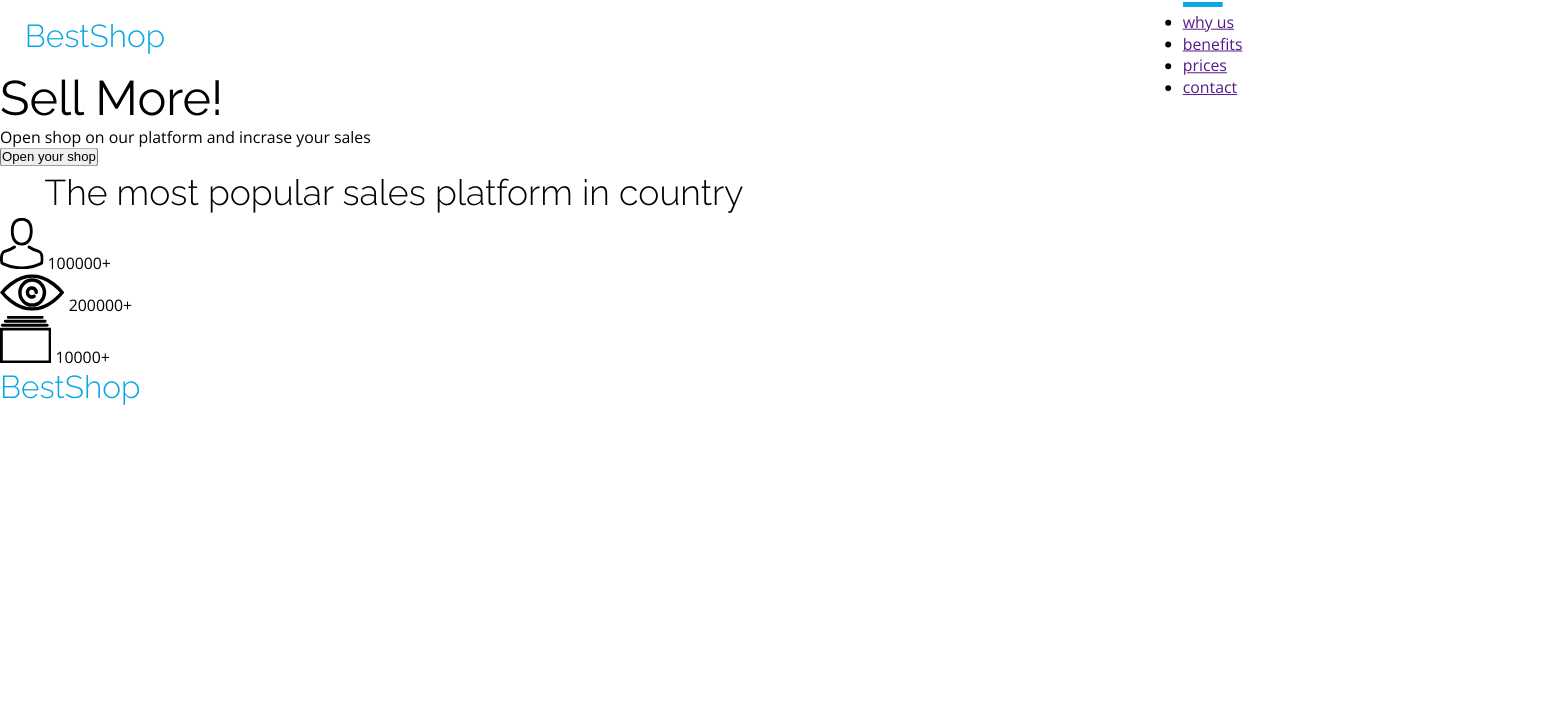
Repository: artwol993/BestShop
Page: index.html
The author's editor kept a copy of each file at every save. The page is drawn from the files as they stood at one save, then again after the next save.
The browser window is 1280 px wide. The page is 1280 px wide, then 1580 px, so the pictures cover 1580 px, including what lies to the right of the window. The pictures show the whole page, at 99% of full size.
The style sheet was rebuilt from its Sass, Less or Tailwind sources for each picture, by a compiler version that may differ from the author's.

Above is the page before, as saved 2020-05-26 22:40:14.

After the next save:
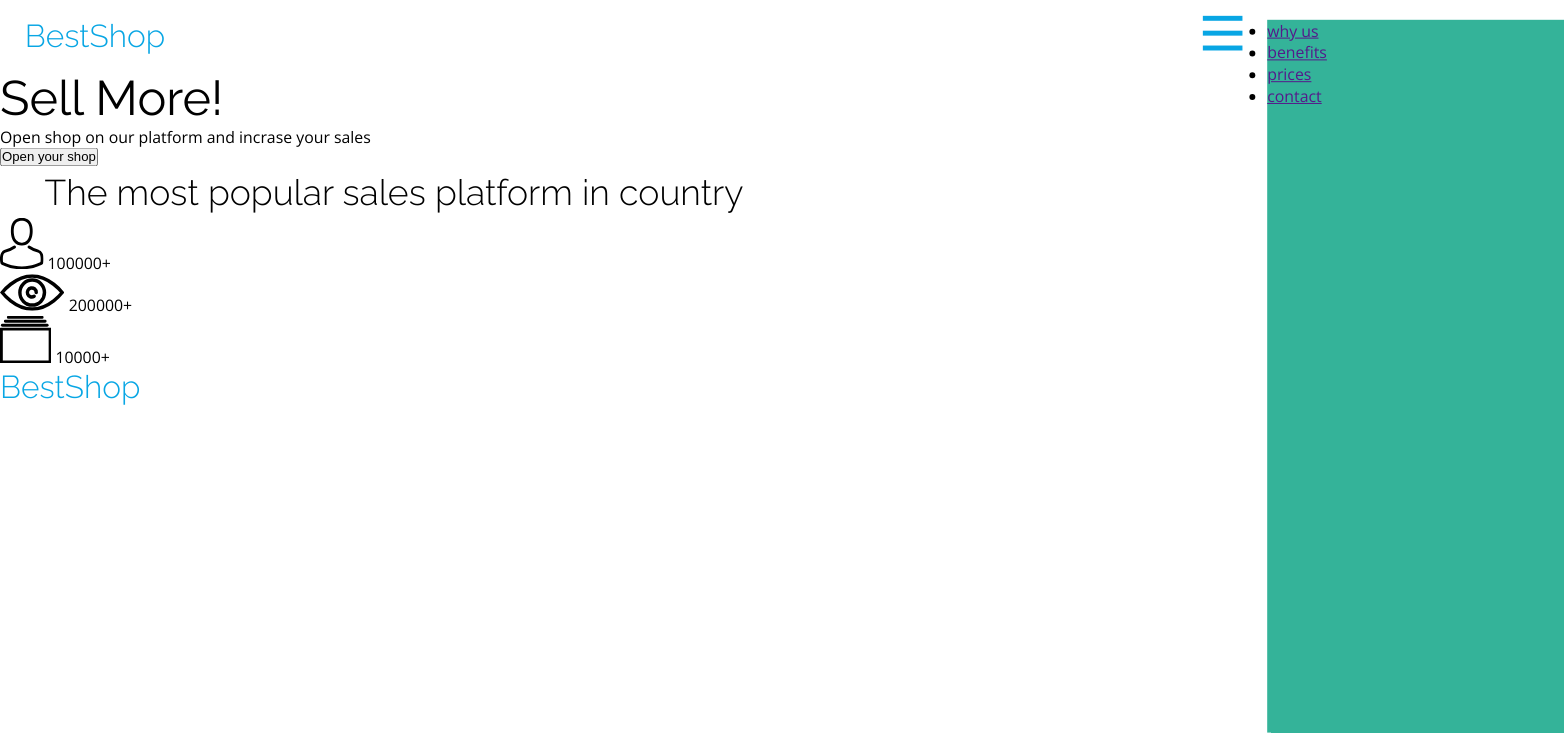
Saved 39 s later.
--- a/scss/main.scss
+++ b/scss/main.scss
@@ -102,4 +102,13 @@
 
   .side__menu {
       display: flex;
+      box-sizing: border-box;
+    position: absolute;
+    height: 100%;
+    width: 300px;
+    top: 20px;
+    right: -300px;
+    padding: 0;
+    background: #34b399;
+    transition: 0.3s transform ease-in-out;
   }
